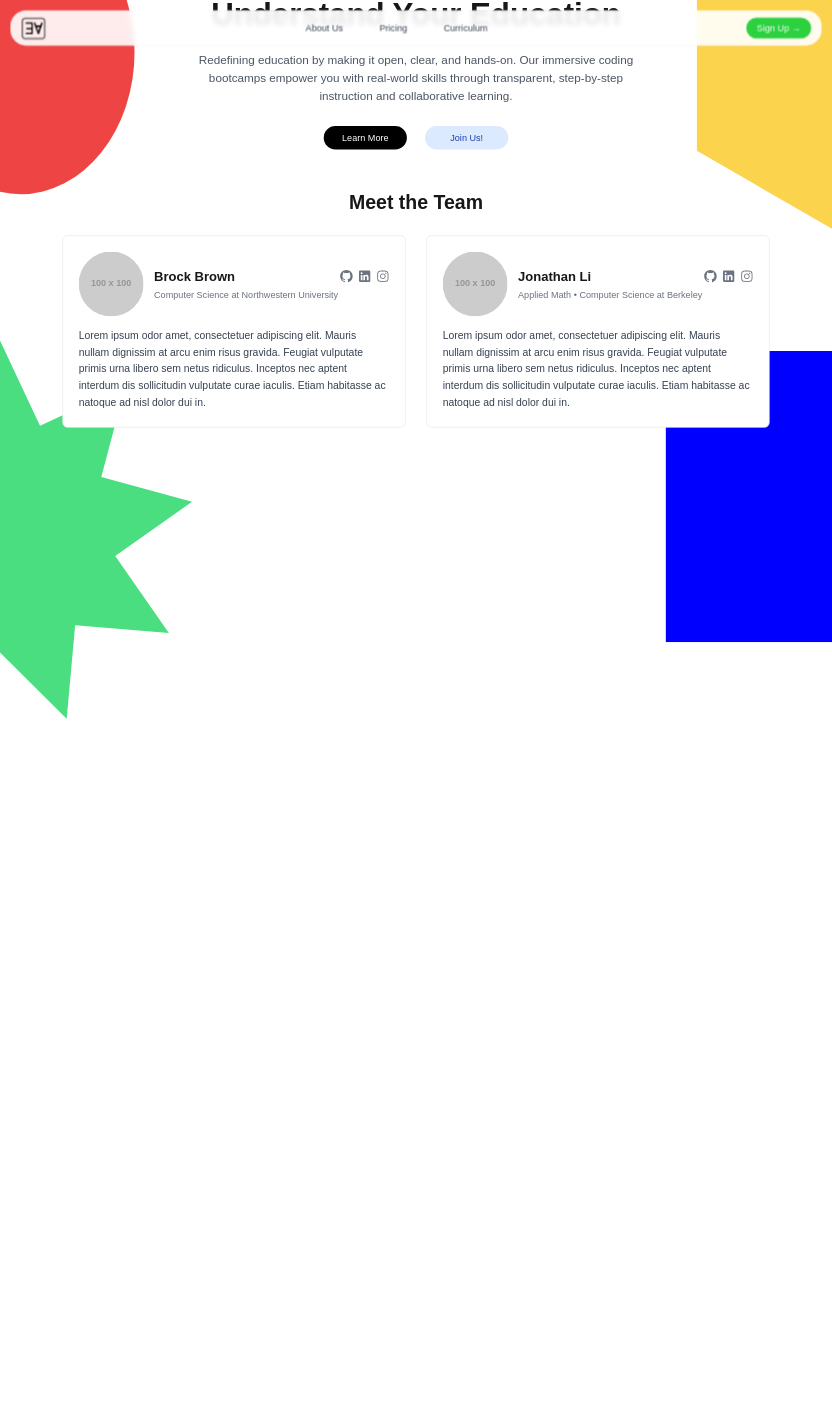
Repository: johnnyli-dev/bootcamp
Page: /
The author's editor kept a copy of each file at every save. The page is drawn from the files as they stood at one save, then again after the next save.
The browser window is 1280 px wide. The pictures show the whole page, at 65% of full size.
The project was rebuilt for these pictures with package versions that can differ from the ones it lists, and the page was loaded fresh each time. The framework's server and built-in components were replaced by stand-ins that run in the browser. Also part of the build but not shown: next.config.ts.

Above is the page before, as saved 2025-02-22 16:27:53.

### app/page.tsx
import Image from "next/image";
import Navbar from "./components/Navbar";
import PCard from "./components/PCard";
import {
	GitHubLogoIcon,
	LinkedInLogoIcon,
	InstagramLogoIcon,
} from "@radix-ui/react-icons";

import {
	RedCircle,
	YellowHexagon,
	GreenStar,
	BlueSquare,
} from "./components/Shapes";

export default function Home() {
	return (
		<div className="min-h-screen bg-white relative overflow-hidden">
			{/* Hero Section */}
			<div className="relative h-screen flex items-center justify-center">
				{/* SVG Shapes positioned relative to hero section */}
				<div className="absolute inset-0">
					<RedCircle />
					<YellowHexagon />
					<GreenStar />
					<BlueSquare />
				</div>

				<Navbar />

				{/* Centered Content */}
				<div className="max-w-6xl mx-auto px-4 sm:px-6 lg:px-8 z-10">
					<main className="flex flex-col items-center text-center gap-8">
						<h1 className="text-5xl font-bold">
							Understand Your Education
						</h1>
						<p className="text-lg text-gray-600 max-w-2xl">
							Redefining education by making it open, clear, and
							hands-on. Our immersive coding bootcamps empower you
							with real-world skills through transparent,
							step-by-step instruction and collaborative learning.
						</p>

                        {/* CTA Buttons */}
						<div className="flex gap-7 whitespace-nowrap">
							<a
								href="#learn-more"
								className="bg-black text-white px-6 py-2 rounded-full hover:bg-gray-800 transition-colors w-32 text-center text-sm"
							>
								Learn More
							</a>
							<a
								href="#join"
								className="bg-blue-100 text-blue-800 px-6 py-2 rounded-full hover:bg-blue-200 transition-colors w-32 text-center text-sm"
							>
								Join Us!
							</a>
						</div>
					</main>

					{/* About Us (Meet the Team) Section */}
					<section className="py-16 flex flex-col items-center">
						<h2 className="text-3xl font-bold mb-8">
							Meet the Team
						</h2>

                        {/* Cards Container */}
						<div className="flex flex-col md:flex-row gap-8 justify-center">
                            {/* Brock Card */}
							<PCard
								name="Brock Brown"
								subtitle="Computer Science at Northwestern University"
								description="Lorem ipsum odor amet, consectetuer adipiscing elit. Mauris nullam dignissim at arcu enim risus gravida. Feugiat vulputate primis urna libero sem netus ridiculus. Inceptos nec aptent interdum dis sollicitudin vulputate curae iaculis. Etiam habitasse ac natoque ad nisl dolor dui in."
								profileImage="https://placehold.co/100.png"
                                socialLinks={[
                                    {
                                        icon: <GitHubLogoIcon width={20} height={20} />,
                                        url: "https://github.com/bbrockbrown",
                                    },
                                    {
                                        icon: <LinkedInLogoIcon width={20} height={20} />,
                                        url: "https://www.linkedin.com/in/brock-brown-058216221/",
                                    },
                                    {
                                        icon: <InstagramLogoIcon width={20} height={20} />,
                                        url: "https://www.instagram.com/bbrockbrown/",
                                    },
                                ]}
							/>

                            {/* JQL Card */}
							<PCard
								name="Jonathan Li"
								subtitle="Applied Math • Computer Science at Berkeley"
								description="Lorem ipsum odor amet, consectetuer adipiscing elit. Mauris nullam dignissim at arcu enim risus gravida. Feugiat vulputate primis urna libero sem netus ridiculus. Inceptos nec aptent interdum dis sollicitudin vulputate curae iaculis. Etiam habitasse ac natoque ad nisl dolor dui in."
								profileImage="https://placehold.co/100.png"
                                socialLinks={[
                                    {
                                        icon: <GitHubLogoIcon width={20} height={20} />,
                                        url: "https://github.com/johnnyli-dev",
                                    },
                                    {
                                        icon: <LinkedInLogoIcon width={20} height={20} />,
                                        url: "https://www.linkedin.com/in/johnny-li-390841220/",
                                    },
                                    {
                                        icon: <InstagramLogoIcon width={20} height={20} />,
                                        url: "https://www.instagram.com/johnny.lii/",
                                    },
                                ]}
							/>
						</div>
					</section>
				</div>
			</div>

			{/* Additional content sections */}
			<div className="h-screen" />
			<div className="h-screen" />
		</div>
	);
}

### app/globals.css
@tailwind base;
@tailwind components;
@tailwind utilities;

:root {
	--background: #ffffff;
	--foreground: #171717;
}

@media (prefers-color-scheme: dark) {
	:root {
		--background: #ffffff;
		--foreground: #171717;
	}
}

body {
	color: var(--foreground);
	background: var(--background);
	font-family: "Poppins", sans-serif;
	overflow-x: hidden;
}

.geometric-shape {
	position: absolute;
	width: 300px;
	height: 300px;
	border-radius: 50%;
}

### app/components/Navbar.tsx
import Link from "next/link";
import Image from "next/image";

export default function Navbar() {
	return (
		<div className="fixed top-4 left-4 right-4 z-50">
			<nav className="bg-white/90 backdrop-blur-sm rounded-3xl p-1 shadow-sm">
				<div className="max-w-7xl mx-auto">
					<div className="flex items-center justify-between">
						<div className="flex-shrink-0 px-2">
							<Link href="/" className="flex items-center gap-2">
								<Image
									src="/logo.png"
									alt="CodeCamp Logo"
									width={48}
									height={48}
									className="object-contain"
								/>
							</Link>
						</div>

						{/* Center navigation items */}
						<div className="flex-1 flex justify-center">
							<div className="hidden sm:flex space-x-8 items-center">
								<Link
									href="/about-us"
									className="text-gray-700 hover:text-gray-900 px-3 py-2 text-sm"
								>
									About Us
								</Link>
								<Link
									href="/pricing"
									className="text-gray-700 hover:text-gray-900 px-3 py-2 text-sm"
								>
									Pricing
								</Link>
								<Link
									href="/curriculum"
									className="text-gray-700 hover:text-gray-900 px-3 py-2 text-sm"
								>
									Curriculum
								</Link>
							</div>
						</div>

						{/* Sign Up button */}
						<div className="flex-shrink-0 px-3">
							<Link
								href="/sign-up"
								className="bg-[#2cd13f] text-white px-4 py-2 rounded-full text-sm hover:bg-[#8BBBCF] transition-colors"
							>
								Sign Up →
							</Link>
						</div>
					</div>
				</div>
			</nav>
		</div>
	);
}

### app/components/PCard.tsx
"use client";
import Image from "next/image";
import { JSX } from "react";

interface SocialLink {
	icon: JSX.Element;
	url: string;
}

interface PCardProps {
	name: string;
	subtitle: string;
	description: string;
	profileImage: string;
	socialLinks: SocialLink[];
}

export default function PCard({
	name,
	subtitle,
	description,
	profileImage,
	socialLinks,
}: PCardProps) {
	return (
		<div className="border border-gray-200 rounded-lg p-6 w-full max-w-xl bg-white">
			{/* Top row: Profile image + Name & Socials */}
			<div className="flex items-center">
				<Image
					src={profileImage}
					alt={name}
					width={100}
					height={100}
					className="rounded-full object-cover mr-4"
				/>
				<div className="flex-1">
					<div className="flex items-center justify-between">
						<h3 className="text-xl font-bold">{name}</h3>
						<div className="flex space-x-2">
							{socialLinks.map((link, index) => (
								<a
									key={index}
									href={link.url}
									target="_blank"
									rel="noopener noreferrer"
									className="text-gray-500 hover:text-gray-700"
								>
									{link.icon}
								</a>
							))}
						</div>
					</div>
					<p className="text-gray-500 text-sm mt-1">{subtitle}</p>
				</div>
			</div>
			{/* Description */}
			<p className="mt-4 text-gray-700 leading-relaxed">{description}</p>
		</div>
	);
}

### app/components/Shapes.tsx
"use client";
import { useScrollRotation } from "../hooks/useScrollRotation";

export function RedCircle() {
	const rotation = useScrollRotation(true, 0.75); // 0.75 is the rotation speed for the red circle; diff from others
	return (
		<svg
			className="our-circle absolute top-[-20%] left-[-15%] -translate-x-1/2 -translate-y-1/2 w-[35vw] h-[35vw]"
			viewBox="0 0 256 256"
			style={{
				transform: `rotate(${rotation}deg)`,
				WebkitTransform: `rotate(${rotation}deg)`,
				MozTransform: `rotate(${rotation}deg)`,
			}}
		>
			<ellipse cx="128" cy="128" rx="100" ry="125" fill="#EF4444" />
		</svg>
	);
}

export function YellowHexagon() {
	const rotation = useScrollRotation();
	return (
		<div
			className="our-hexagon absolute top-[-20%] right-[-20%] translate-x-1/2 -translate-y-1/2 w-[40vw] h-[40vw]"
			style={{
				transform: `rotate(${-rotation}deg)`,
				WebkitTransform: `rotate(${-rotation}deg)`,
				MozTransform: `rotate(${-rotation}deg)`,
			}}
		>
			<svg viewBox="0 0 256 256" className="w-full h-full">
				<polygon
					points="128,8 231.92,68 231.92,188 128,248 24.08,188 24.08,68"
					fill="#FCD34D"
				/>
			</svg>
		</div>
	);
}

export function GreenStar() {
	const rotation = useScrollRotation();
	return (
		<div
            className="our-star absolute top-[70%] left-[-25%] -translate-x-1/2 -translate-y-1/2 w-[50vw] h-[50vw]"
            style={{
                transform: `rotate(${-rotation}deg)`,
                WebkitTransform: `rotate(${-rotation}deg)`,
                MozTransform: `rotate(${-rotation}deg)`,
            }}
        >
			<svg
				viewBox="0 0 256 256"
			>
				<polygon
					points="
                        128,8
                        152.62,60.34
                        205.13,36.08
                        190.35,92
                        246.18,107.16
                        198.91,140.52
                        231.92,188
                        174.25,183.16
                        169.04,240.76
                        128,200
                        86.96,240.76
                        81.75,183.16
                        24.08,188
                        57.09,140.52
                        9.82,107.16
                        65.65,92
                        50.87,36.08
                        103.38,60.34
                        "
					fill="#4ADE80"
				/>
			</svg>
		</div>
	);
}

export function BlueSquare() {
	const rotation = useScrollRotation();
	return (
        <div
            className="our-square absolute top-[75%] left-[80%] -translate-x-1/2 -translate-y-1/2 w-[35vw] h-[35vw]"
            style={{
                transform: `rotate(${-rotation}deg)`,
                WebkitTransform: `rotate(${-rotation}deg)`,
                MozTransform: `rotate(${-rotation}deg)`,
            }}
        >
            <svg
                viewBox="0 0 256 256"
            >
                <rect x="0" y="0" width="256" height="256" fill="blue" />
            </svg>
        </div>
	);
}

### app/hooks/useScrollRotation.ts
import { useState, useEffect, useRef } from "react";

// low key do not touch this function unless you know what you're doing b/c it works but idk how <3
export function useScrollRotation(specialParam: boolean = false, rotSpeed: number = 0) {
	const [rotation, setRotation] = useState(0);
    const scrollLocRef = useRef(0);

	useEffect(() => {
		const handleScroll = () => {
			const newLoc = window.scrollY;
            let diff = 0;
            if (!specialParam) {
                diff = (scrollLocRef.current - newLoc) * .25; // edit constant on this line to change rotation speed for general shapes
            }
            else {
                diff = (scrollLocRef.current - newLoc) * rotSpeed; // rotSpeed is specified by caller when the shape needs to have a speed faster/slower than the general shapes
            }
            setRotation((prevRotation) => prevRotation + diff);
            scrollLocRef.current = newLoc;
		};

		window.addEventListener("scroll", handleScroll);
		return () => window.removeEventListener("scroll", handleScroll);
	}, [specialParam, rotSpeed]);

	return rotation;
}

Loaded but not shown: app/layout.tsx (common file); tailwind.config.ts (common file)

After the next save:
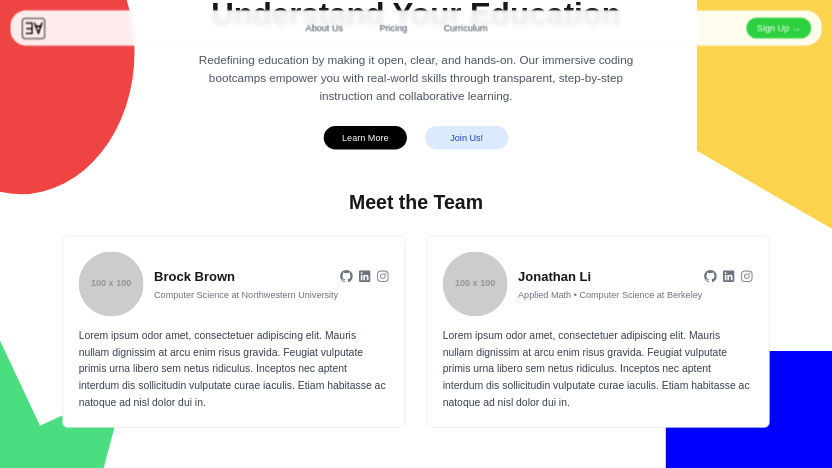
Saved 7 s later.
--- a/app/page.tsx
+++ b/app/page.tsx
@@ -116,8 +116,6 @@
 			</div>
 
 			{/* Additional content sections */}
-			<div className="h-screen" />
-			<div className="h-screen" />
 		</div>
 	);
 }

After the save that followed:
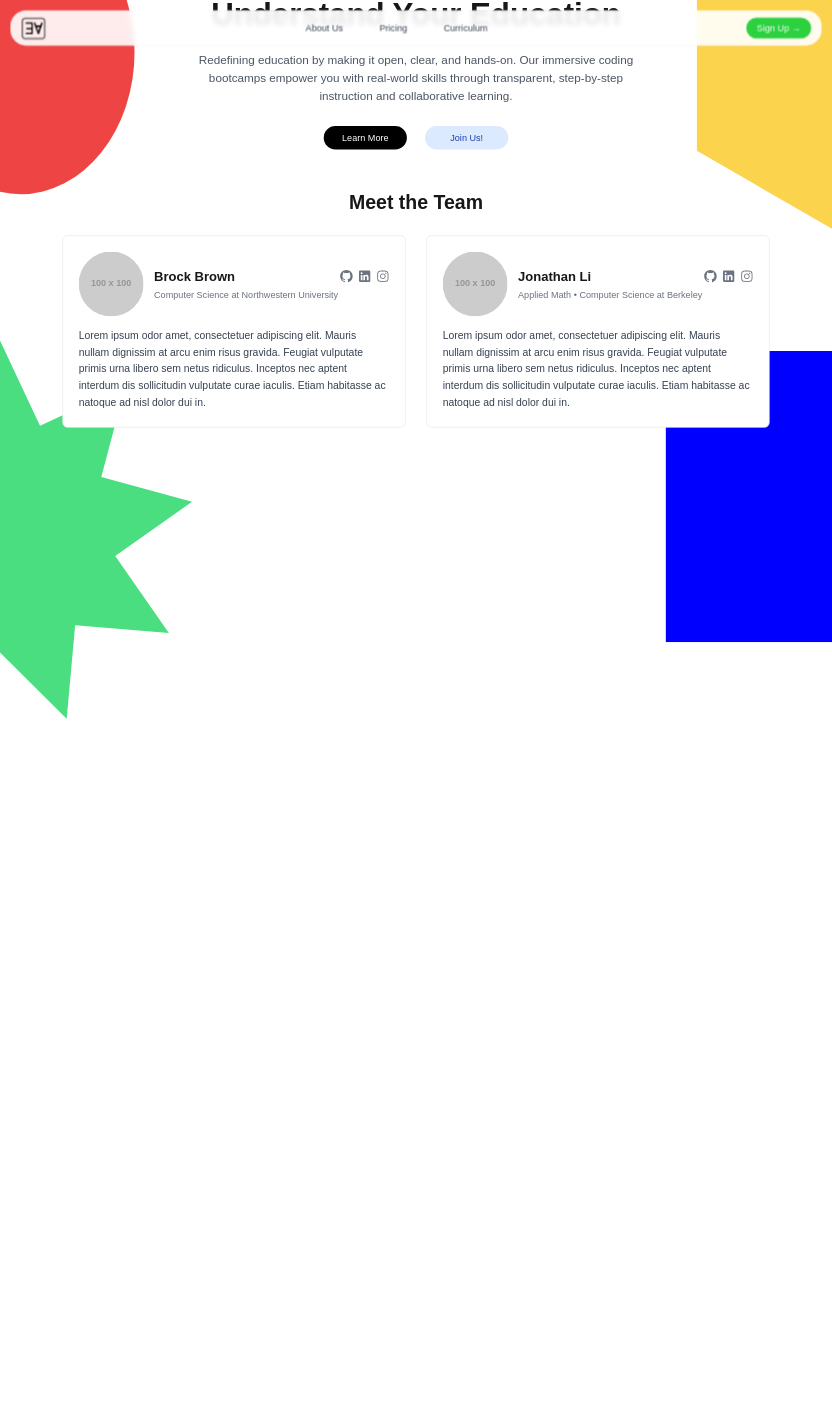
Saved 5 s later.
--- a/app/page.tsx
+++ b/app/page.tsx
@@ -116,6 +116,8 @@
 			</div>
 
 			{/* Additional content sections */}
+			<div className="h-screen" />
+			<div className="h-screen" />
 		</div>
 	);
 }
